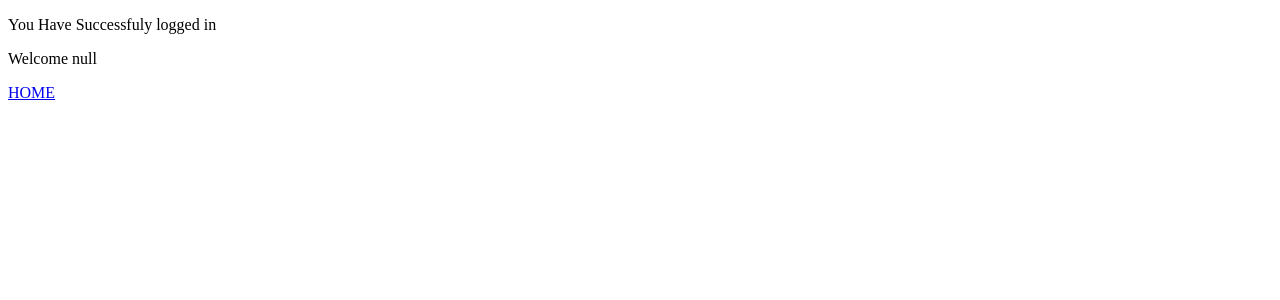
Repository: Bindu2296/allProjects
Page: http://localhost/Jspforms/log.jsp
The author's editor kept a copy of each file at every save. The page is drawn from the files as they stood at one save, then again after the next save.
The browser window is 1280 px wide. The pictures show the whole page.
The page is served by Tomcat 9. Other server files are loaded and not shown.

Above is the page before, as saved 2019-03-26 12:00:22.

### Jspforms/src/main/webapp/log.jsp
<%@ page language="java" contentType="text/html; charset=ISO-8859-1"
    pageEncoding="ISO-8859-1"%>
<!DOCTYPE html>
			<html><body>
<p>You Have Successfuly logged in </p></body>
	<% HttpSession s =request.getSession();

	String uname=(String) s.getAttribute("firstname");
	String pword=(String) s.getAttribute("lastname");%>


	<p>Welcome <% out.println(uname); %></p> </p>
	<a href='index.jsp'>HOME</a></body>		</html>

After the next save:
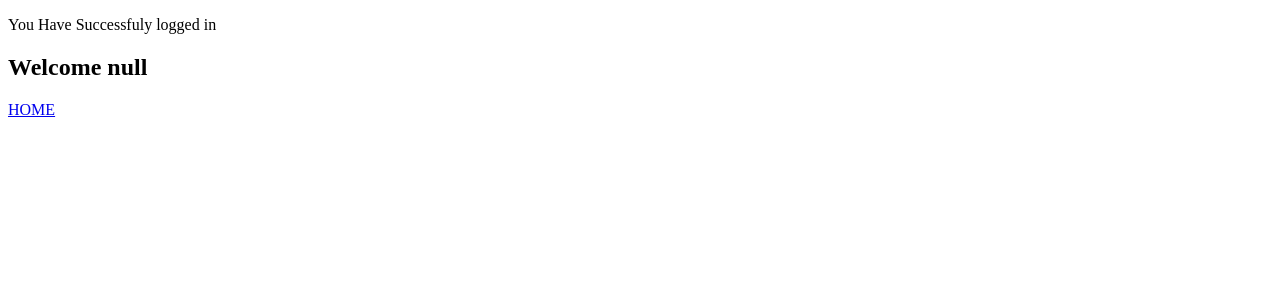
Saved 16 s later.
--- a/Jspforms/src/main/webapp/log.jsp
+++ b/Jspforms/src/main/webapp/log.jsp
@@ -9,5 +9,5 @@
 	String pword=(String) s.getAttribute("lastname");%>
 
 
-	<p>Welcome <% out.println(uname); %></p> </p>
+	<h2>Welcome <% out.println(uname); %></h2> </p>
 	<a href='index.jsp'>HOME</a></body>		</html>
